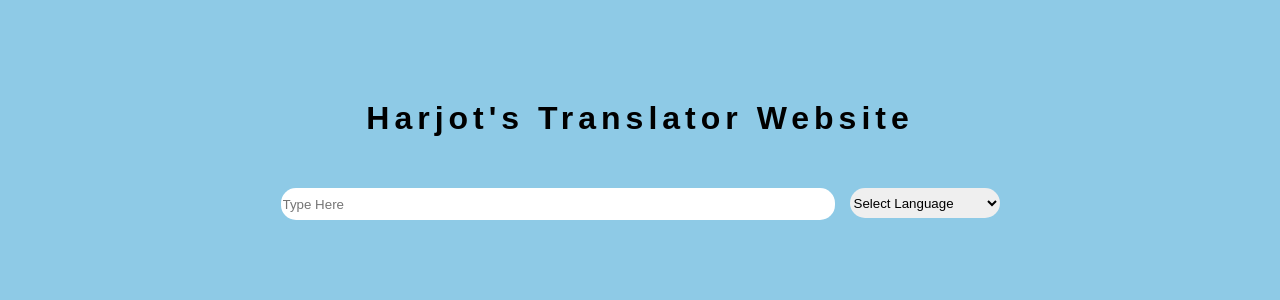
Repository: Harjot00/Pythonpractice
Page: Translator/homepage.html
These files come from the project's save history. The page is drawn as it stood at one moment and after a run of saves; the edit follows.
The browser window is 1280 px wide. The pictures show the whole page.
Some web fonts or font styles are not loaded; a fallback is used.

Above is the page before, as saved 2022-03-06 19:20:40.

### Translator/homepage.html
<!DOCTYPE html>
<html lang="en">
<head>
    <meta charset="UTF-8">
    <meta http-equiv="X-UA-Compatible" content="IE=edge">
    <meta name="viewport" content="width=device-width, initial-scale=1.0">
    <title>Harjot's Translator</title>
    <link rel="stylesheet" href="styles.css">
    <link href="http://fonts.cdnfonts.com/css/mrs-sheppards" rel="stylesheet">
    <link href='https://fonts.googleapis.com/css?family=Open Sans' rel='stylesheet'>

</head>
<body>
    <h1 style = "font-family: 'Mrs Sheppards', sans-serif;letter-spacing: 5px;">Harjot's Translator Website</h1>
    <div style = "display: flex; justify-content: center;">
        <input type="text" id="entry" placeholder="Type Here"></input>
        <form id="language">

            <select>
                <option disabled selected>Select Language</option>
                <option value="volvo">French</option>
                <option value="saab">Italian</option>
                <option value="opel">German</option>
                <option value="audi">Chinese</option>
            </select>
        </form>
    </div>
    <div>

    </div>
</body>
</html>

### Translator/styles.css
body{
    background-color: #8ECAE6;
    font-family: open sans;
}
h1{
    margin-top: 100px;
    text-align: center;
}
#entry{
    width: 550px;
    height: 30px;
    margin: 30px 0px 0px 0px;
    border: none;
    border-radius:15px;

}
#language{

    margin: 30px 0px 0px 15px;
}
label{
    font-size:semi-bold;
    margin-right: 5px;

}
select{
    height: 30px;
    width: 150px;
    border: none;
    border-radius: 15px;
}

After the next 2 saves:
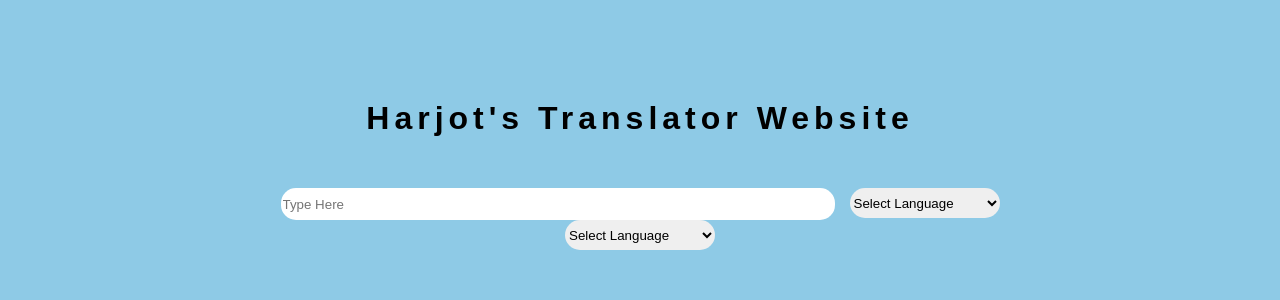
The 2 saves are shown as one change because they came seconds apart.
The last was saved 96 s later.
--- a/Translator/homepage.html
+++ b/Translator/homepage.html
@@ -25,8 +25,16 @@
             </select>
         </form>
     </div>
-    <div>
-
+    <div style = "display: flex; justify-content: center;">
+        <form>
+            <select>
+                <option disabled selected>Select Language</option>
+                <option value="volvo">French</option>
+                <option value="saab">Italian</option>
+                <option value="opel">German</option>
+                <option value="audi">Chinese</option>
+            </select>
+        </form>
     </div>
 </body>
 </html>
